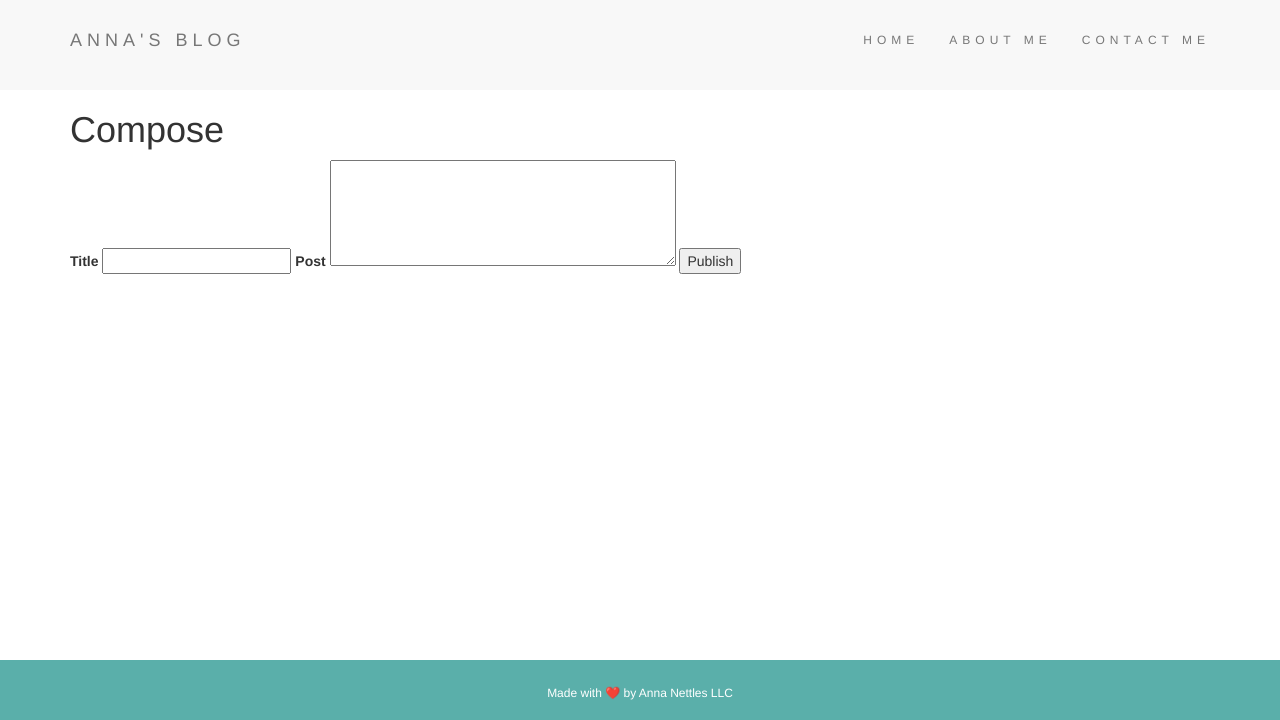
Repository: thecoachanna/blog
Page: http://localhost/compose
The author's editor kept a copy of each file at every save. The page is drawn from the files as they stood at one save, then again after a run of saves.
The browser window is 1280 px wide. The pictures show the whole page.
The page is served by the project's Node server (app.js).

Above is the page before, as saved 2023-05-10 07:24:50.

### views/compose.ejs
<%- include("partials/header.ejs") %>

    <h1>Compose</h1>
    <form action="/compose" method="post">
        <label for="title">Title</label>
        <input type="text" name="postTitle" autocomplete="off">

        <label for="post">Post</label>
        <textarea type="text" name="post" cols="40" rows="5"></textarea>
        <button type="submit" name="button">Publish</button>
    </form>

<%- include("partials/footer.ejs") %>

### views/partials/header.ejs
<!DOCTYPE html>
<html lang="en" dir="ltr">

<head>
  <meta charset="utf-8">
  <title>Anna's Blog</title>
  <meta charset="utf-8">
  <link rel="stylesheet" href="https://maxcdn.bootstrapcdn.com/bootstrap/3.3.7/css/bootstrap.min.css">
  <link rel="stylesheet" href="/css/styles.css">
  <nav class="navbar navbar-default">
    <div class="container">
      <div class="navbar-header">
        <p class="navbar-brand">ANNA'S BLOG</p>
      </div>
        <ul class="nav navbar-nav navbar-right">
          <!-- 6 -->
          <li id="home"><a href="/">HOME</a></li>
          <li id="about"><a href="/about">ABOUT ME</a></li>
          <li id="contact"><a href="/contact">CONTACT ME</a></li>
        </ul>
    </div>
  </nav>

  <body>
    <div class="container">

### views/partials/footer.ejs

</div>
<div class="footer-padding"></div>
  <div class="footer">
    <p>Made with ❤️ by Anna Nettles LLC</p>
  </div>
</div>
</body>
</html>

### app.js
//jshint esversion:6

const express = require("express");
const bodyParser = require("body-parser");
const ejs = require("ejs");

const homeStartingContent = "Lacus vel facilisis volutpat est velit egestas dui id ornare. Semper auctor neque vitae tempus quam. Sit amet cursus sit amet dictum sit amet justo. Viverra tellus in hac habitasse. Imperdiet proin fermentum leo vel orci porta. Donec ultrices tincidunt arcu non sodales neque sodales ut. Mattis molestie a iaculis at erat pellentesque adipiscing. Magnis dis parturient montes nascetur ridiculus mus mauris vitae ultricies. Adipiscing elit ut aliquam purus sit amet luctus venenatis lectus. Ultrices vitae auctor eu augue ut lectus arcu bibendum at. Odio euismod lacinia at quis risus sed vulputate odio ut. Cursus mattis molestie a iaculis at erat pellentesque adipiscing.";
const aboutContent = "Hac habitasse platea dictumst vestibulum rhoncus est pellentesque. Dictumst vestibulum rhoncus est pellentesque elit ullamcorper. Non diam phasellus vestibulum lorem sed. Platea dictumst quisque sagittis purus sit. Egestas sed sed risus pretium quam vulputate dignissim suspendisse. Mauris in aliquam sem fringilla. Semper risus in hendrerit gravida rutrum quisque non tellus orci. Amet massa vitae tortor condimentum lacinia quis vel eros. Enim ut tellus elementum sagittis vitae. Mauris ultrices eros in cursus turpis massa tincidunt dui.";
const contactContent = "Scelerisque eleifend donec pretium vulputate sapien. Rhoncus urna neque viverra justo nec ultrices. Arcu dui vivamus arcu felis bibendum. Consectetur adipiscing elit duis tristique. Risus viverra adipiscing at in tellus integer feugiat. Sapien nec sagittis aliquam malesuada bibendum arcu vitae. Consequat interdum varius sit amet mattis. Iaculis nunc sed augue lacus. Interdum posuere lorem ipsum dolor sit amet consectetur adipiscing elit. Pulvinar elementum integer enim neque. Ultrices gravida dictum fusce ut placerat orci nulla. Mauris in aliquam sem fringilla ut morbi tincidunt. Tortor posuere ac ut consequat semper viverra nam libero.";

const app = express();

app.set('view engine', 'ejs');

app.use(bodyParser.urlencoded({extended: true}));
app.use(express.static("public"));

// Home Page
app.get('/', (req, res) => {
  res.render('home', { startingContent: homeStartingContent })
})

// About Page
app.get('/about', (req, res) => {
  res.render('about', { about: aboutContent })
})

// Contact Page
app.get('/contact', (req, res) => {
  res.render('contact', { contact: contactContent })
})

// Compose Page - GET
app.get('/compose', (req, res) => {
  res.render('compose')
})

// Compose Page - POST
app.post('/compose', (req, res) => {
  let newBlog = req.body.blog
  console.log(newBlog)
  res.render('compose')
})











app.listen(3000, function() {
  console.log("Server started on port 3000");
});

### public/css/styles.css
.container-fluid {
    padding-top: 70px;
    padding-bottom: 70px;
}
.navbar {
    padding-top: 15px;
    padding-bottom: 15px;
    border: 0;
    border-radius: 0;
    margin-bottom: 0;
    font-size: 12px;
    letter-spacing: 5px;
}
.navbar-nav  li a:hover {
    color: #5AAFAA !important;
}

.footer-padding {
	padding-bottom: 60px;
}

.footer {
	position: absolute;
	text-align: center;
	bottom: 0;
	width: 100%;
	height: 60px;
	background-color: #5AAFAA;
}

.footer p {
	margin-top: 25px;
	font-size: 12px;
  color: #fff;
}

After the next 2 saves:
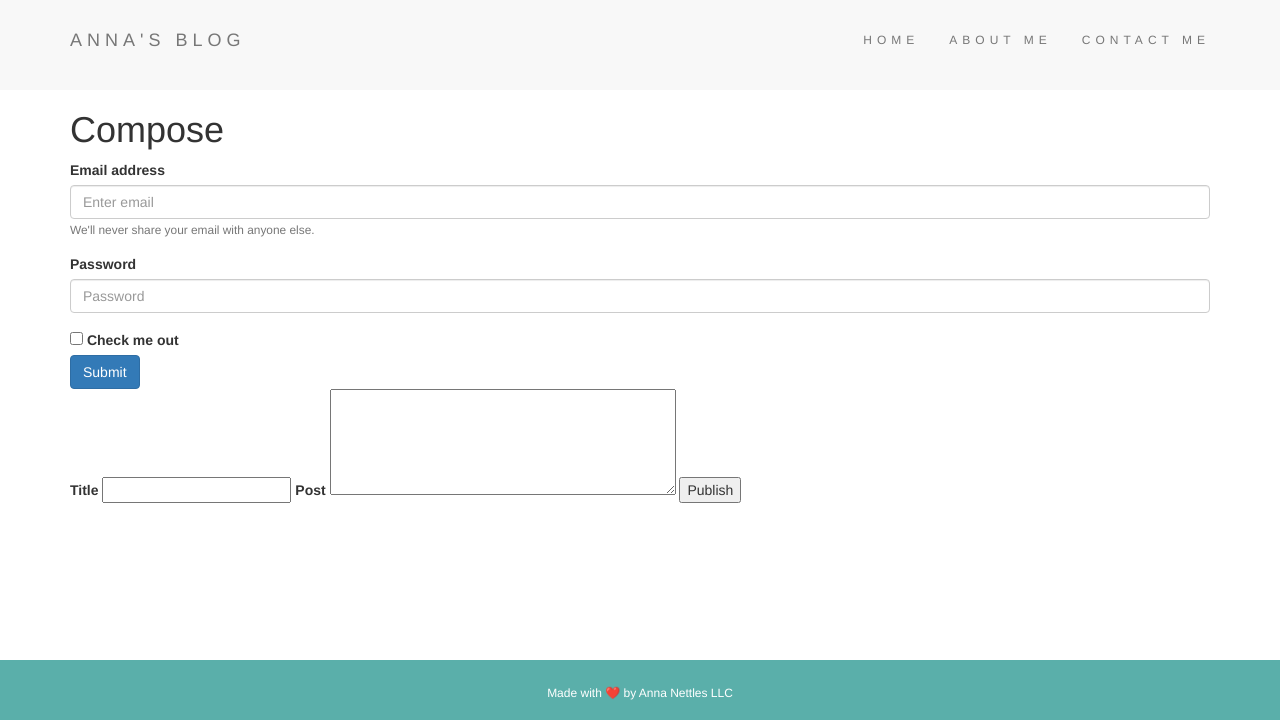
The 2 saves are shown as one change because they came seconds apart.
The last was saved 83 s later.
--- a/views/compose.ejs
+++ b/views/compose.ejs
@@ -1,6 +1,22 @@
 <%- include("partials/header.ejs") %>
 
     <h1>Compose</h1>
+    <form>
+        <div class="form-group">
+          <label for="exampleInputEmail1">Email address</label>
+          <input type="email" class="form-control" id="exampleInputEmail1" aria-describedby="emailHelp" placeholder="Enter email">
+          <small id="emailHelp" class="form-text text-muted">We'll never share your email with anyone else.</small>
+        </div>
+        <div class="form-group">
+          <label for="exampleInputPassword1">Password</label>
+          <input type="password" class="form-control" id="exampleInputPassword1" placeholder="Password">
+        </div>
+        <div class="form-check">
+          <input type="checkbox" class="form-check-input" id="exampleCheck1">
+          <label class="form-check-label" for="exampleCheck1">Check me out</label>
+        </div>
+        <button type="submit" class="btn btn-primary">Submit</button>
+      </form>
     <form action="/compose" method="post">
         <label for="title">Title</label>
         <input type="text" name="postTitle" autocomplete="off">
